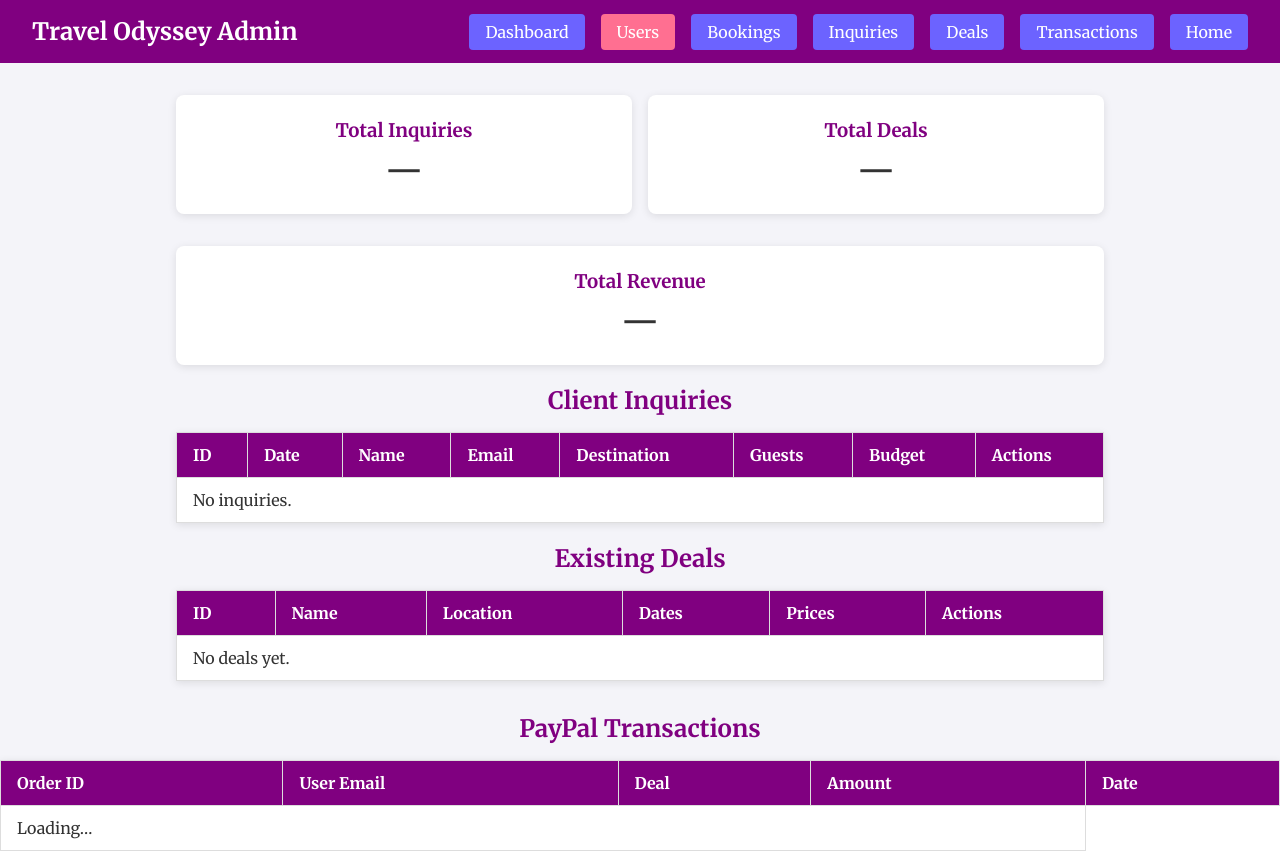
Repository: GHzPhoenix/Project-Odyssey
Page: Frontend/admin.html
The author's editor kept a copy of each file at every save. The page is drawn from the files as they stood at one save, then again after the next save.
The browser window is 1280 px wide. The pictures show the whole page.
The page's requests for data from a server got no answer.

Above is the page before, as saved 2025-07-10 09:28:37.

After the next save:
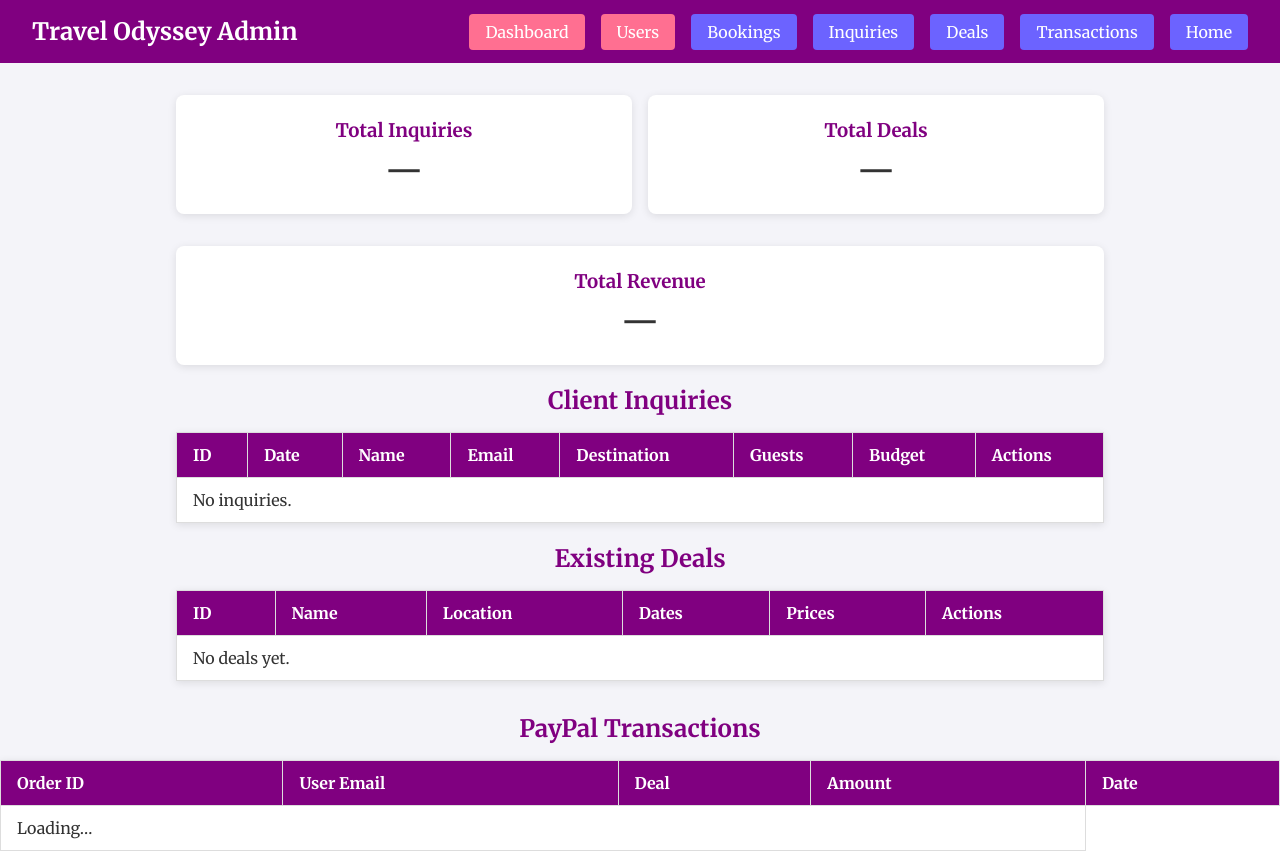
Saved 5 s later.
--- a/Frontend/admin.html
+++ b/Frontend/admin.html
@@ -35,7 +35,7 @@
       <nav>
         <div class="logo">Travel Odyssey Admin</div>
         <ul>
-          <li><a href="admin.html">Dashboard</a></li>
+          <li><a href="admin.html" class="active">Dashboard</a></li>
           <li><a href="admin-users.html" class="active">Users</a></li>
           <li><a href="admin-bookings.html">Bookings</a></li>
           <li><a href="inquiries.html">Inquiries</a></li>
